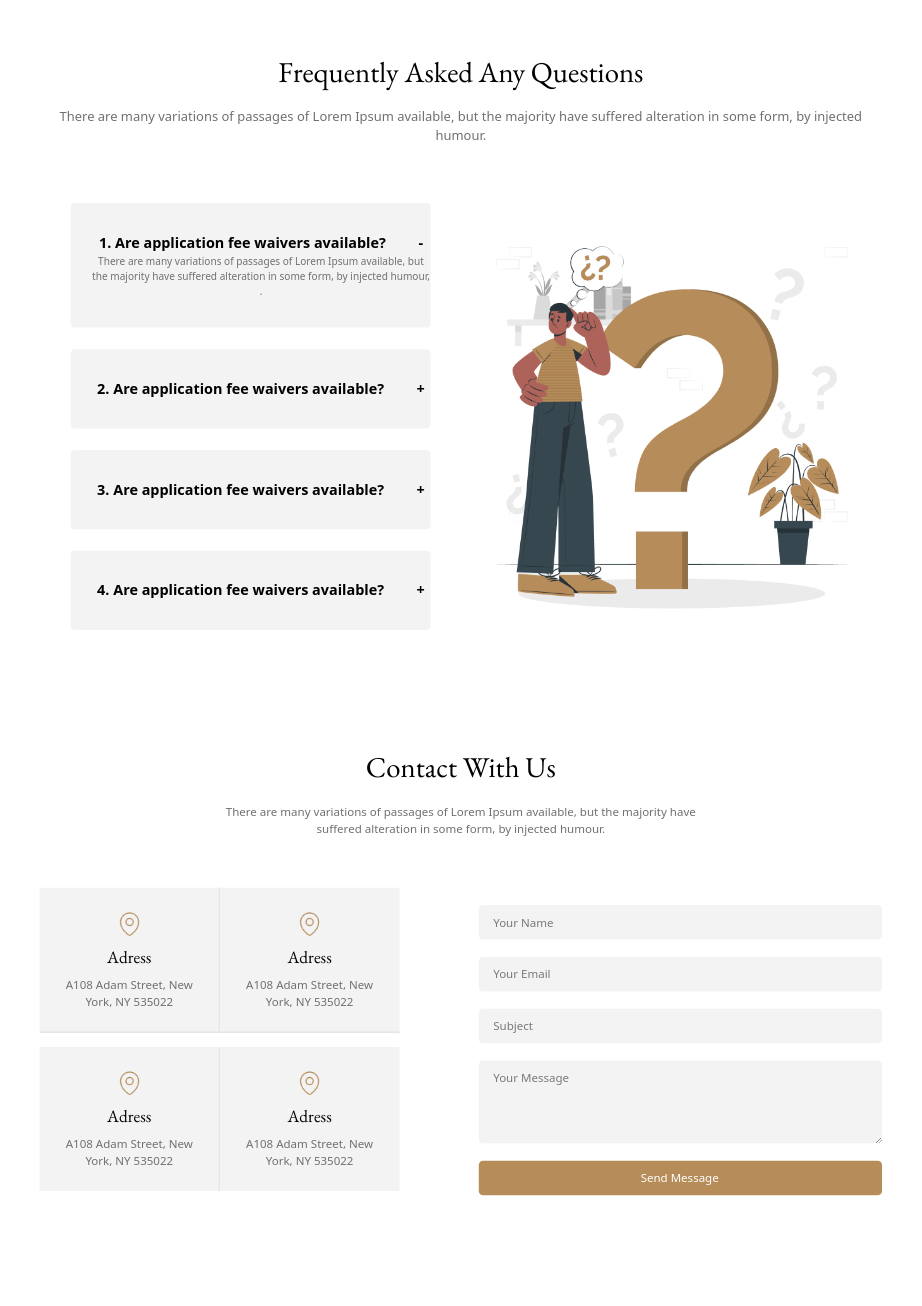
Repository: nahid-hasann/website-6
Page: index.html
These files come from the project's save history. The page is drawn as it stood at one moment and after a run of saves; the edit follows.
The browser window is 1280 px wide. The pictures show the whole page, at 72% of full size.

Above is the page before, as saved 2025-07-22 14:19:09.

After the next 2 saves:
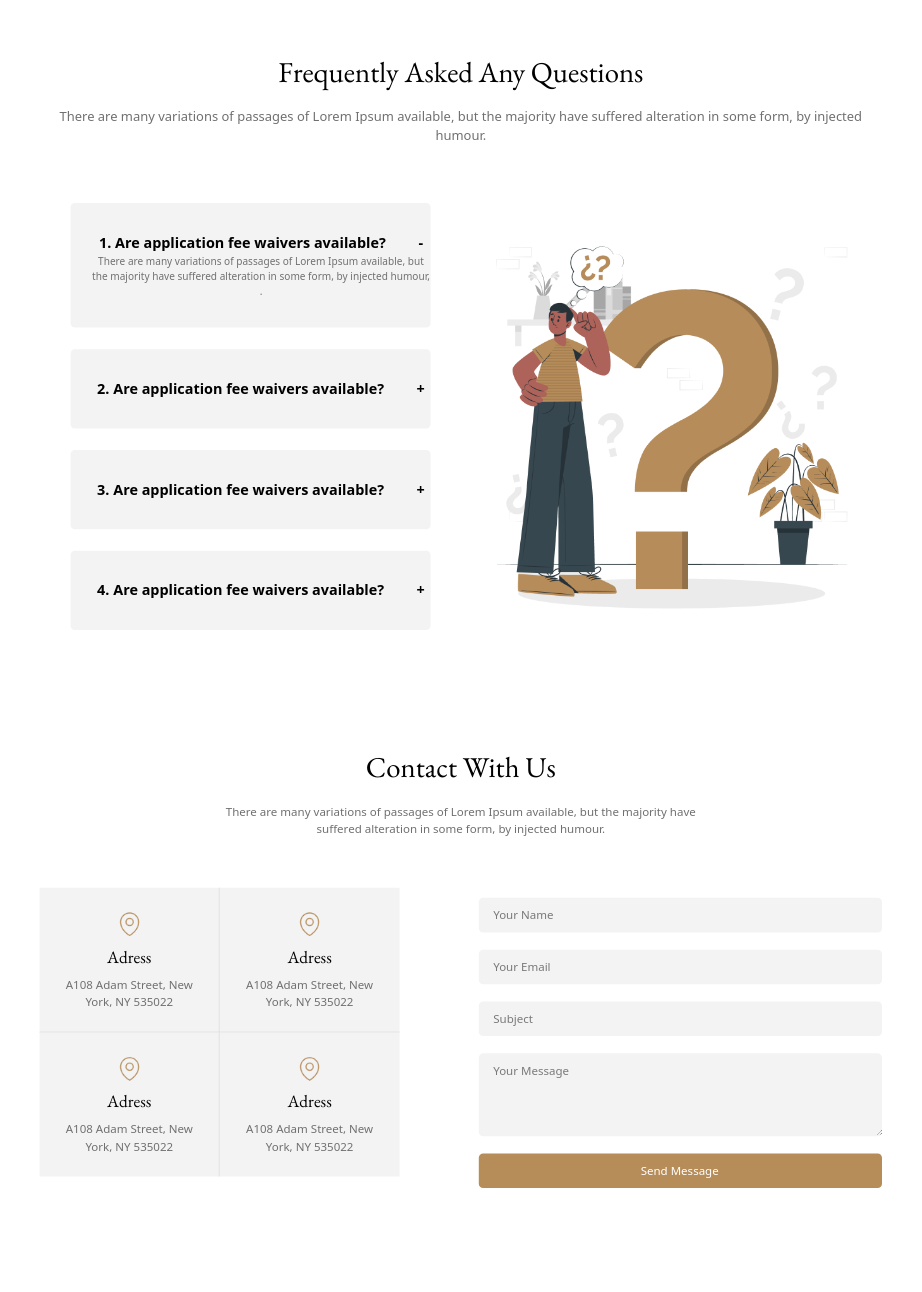
The 2 saves are shown as one change because they came seconds apart.
The last was saved 96 s later.
--- a/index.html
+++ b/index.html
@@ -130,7 +130,7 @@
             <p class="text-center text-[#707070] my-[20px]">There are many variations of passages of Lorem Ipsum available, but the majority have <br> suffered alteration in some form, by injected humour.</p>
 
             <div class="contact lg:grid lg:grid-cols-2 lg:justify-center lg:items-center lg:gap-x-[50px] sm:flex sm:flex-col sm:justify-center sm:items-center mt-[70px]">
-                 <div class="contact-info lg:grid lg:grid-cols-2 sm:w-[500px] sm:flex sm:gap-y-[20px] sm:mb-[30px] sm:justify-center sm:items-center sm:flex-col">
+                 <div class="contact-info lg:grid lg:grid-cols-2 sm:w-[500px] sm:flex sm:mb-[30px] sm:justify-center sm:items-center sm:flex-col">
                 <div class="bg-[#f3f3f3] p-[30px] flex flex-col justify-center items-center text-center lg:border-b lg:border-r lg:border-[#CFCFCF]">
                     <img class="mx-auto" src="images/location.png" alt="">
                     <h1 class="eb-garamond-ok text-[24px] my-[8px]">Adress</h1>

After the 3 saves that followed:
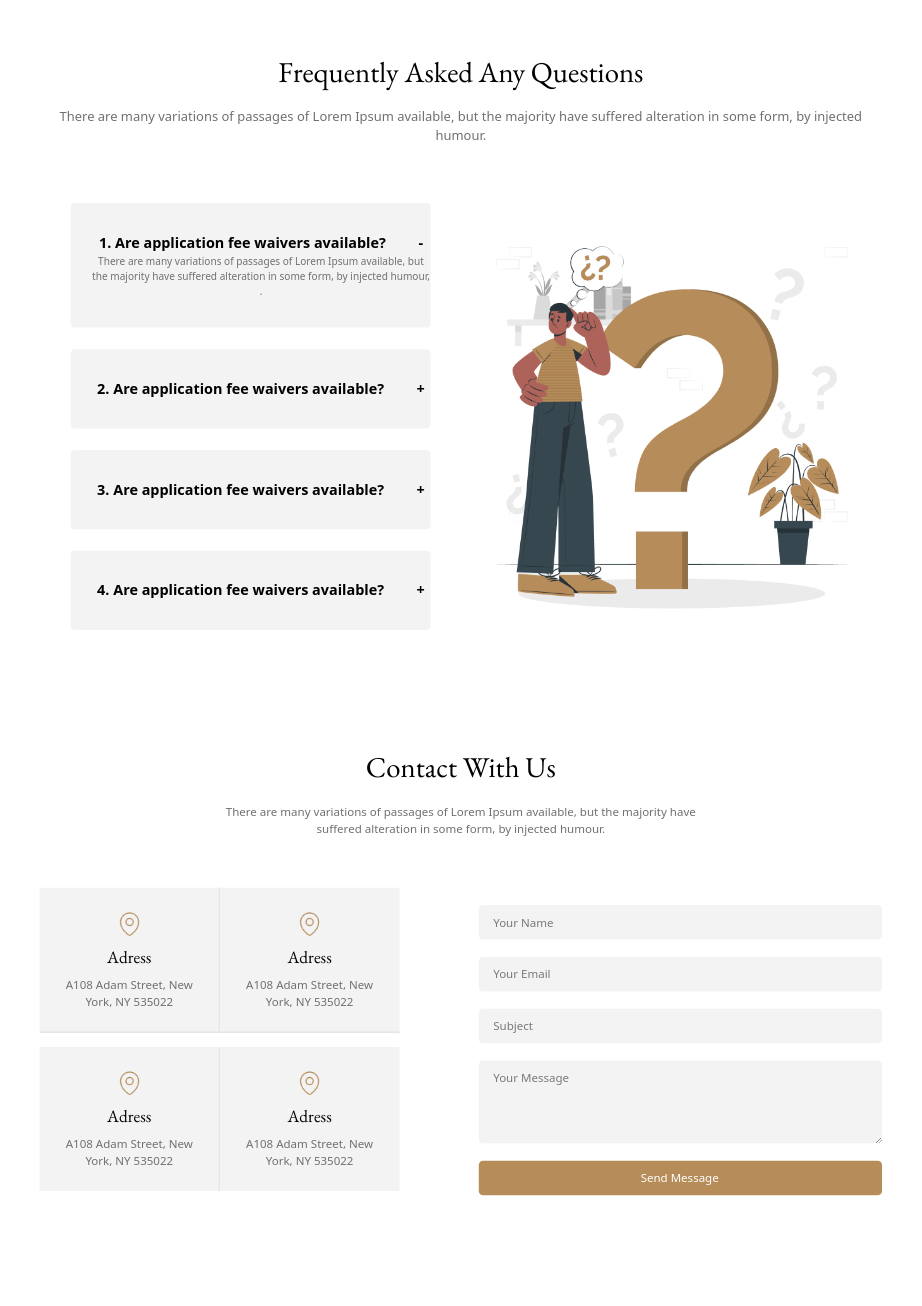
The 3 saves are shown as one change because 2 left the picture as it was.
The last was saved 51 s later.
--- a/index.html
+++ b/index.html
@@ -129,8 +129,8 @@
          <h1 class="eb-garamond-ok text-[40px] text-center ">Contact With Us</h1>
             <p class="text-center text-[#707070] my-[20px]">There are many variations of passages of Lorem Ipsum available, but the majority have <br> suffered alteration in some form, by injected humour.</p>
 
-            <div class="contact lg:grid lg:grid-cols-2 lg:justify-center lg:items-center lg:gap-x-[50px] sm:flex sm:flex-col sm:justify-center sm:items-center mt-[70px]">
-                 <div class="contact-info lg:grid lg:grid-cols-2 sm:w-[500px] sm:flex sm:mb-[30px] sm:justify-center sm:items-center sm:flex-col">
+            <div class="contact lg:grid lg:grid-cols-2 lg:justify-center lg:items-center  lg:gap-x-[50px] sm:flex sm:flex-col sm:justify-center sm:items-center mt-[70px]">
+                 <div class="contact-info lg:grid lg:grid-cols-2 sm:w-[500px] sm:gap-y-[20px] sm:flex sm:mb-[30px] sm:justify-center sm:items-center sm:flex-col">
                 <div class="bg-[#f3f3f3] p-[30px] flex flex-col justify-center items-center text-center lg:border-b lg:border-r lg:border-[#CFCFCF]">
                     <img class="mx-auto" src="images/location.png" alt="">
                     <h1 class="eb-garamond-ok text-[24px] my-[8px]">Adress</h1>
